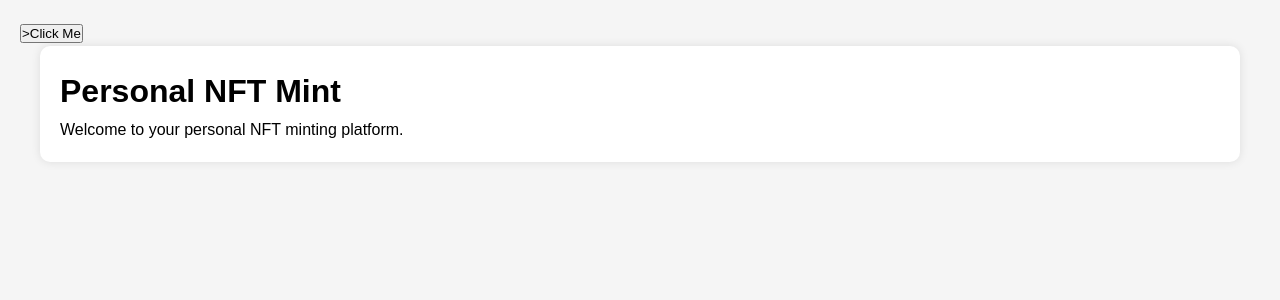
Repository: Ch3fC0d3/-MACT6340
Page: index.html
The author's editor kept a copy of each file at every save. The page is drawn from the files as they stood at one save, then again after a run of saves.
The browser window is 1280 px wide. The pictures show the whole page.

Above is the page before, as saved 2025-01-15 10:02:14.

After the next 2 saves:
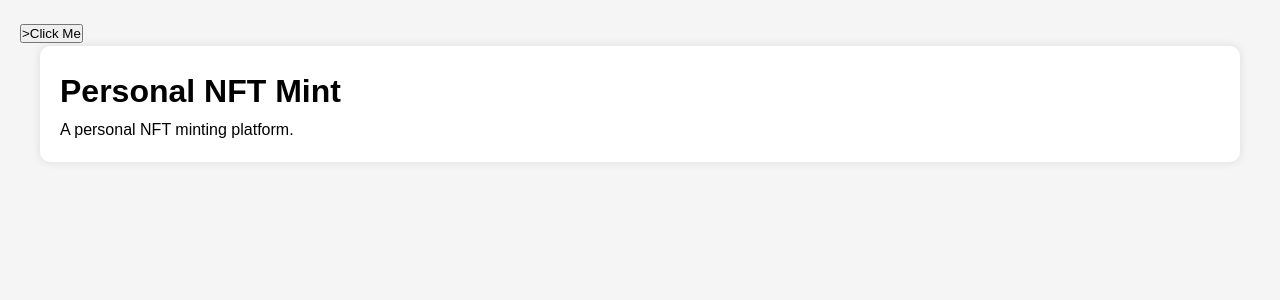
The 2 saves are shown as one change because they came seconds apart.
The last was saved 51 s later.
--- a/js/index.js
+++ b/js/index.js
@@ -7,7 +7,7 @@ document.addEventListener('DOMContentLoaded', () => {
     header.textContent = 'Personal NFT Mint';
 
     const description = document.createElement('p');
-    description.textContent = 'Welcome to your personal NFT minting platform.';
+    description.textContent = 'A personal NFT minting platform.';
 
     app.appendChild(header);
     app.appendChild(description);
